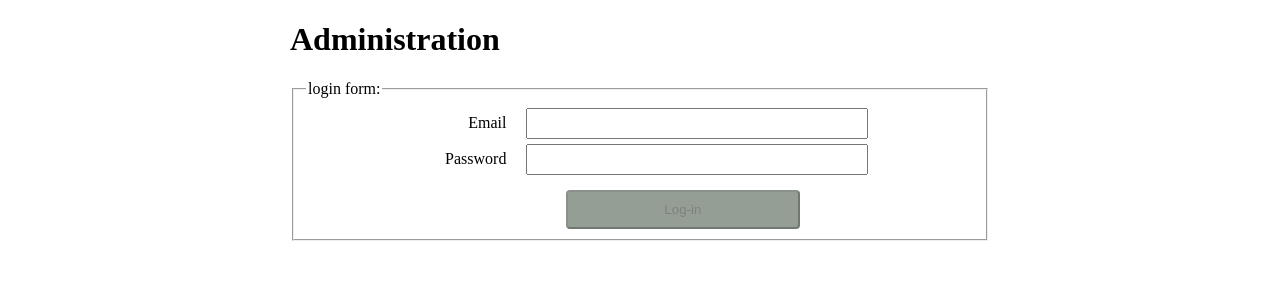
Repository: vsterev/tgs
Page: /admin/login (app in my-app/)
An editor plug-in stored every save of this project. The page is shown before and after the next save, followed by the edit.
The browser window is 1280 px wide. The pictures show the whole page.
The project was rebuilt for these pictures with package versions that can differ from the ones it lists, and the page was loaded fresh each time. Also part of the build but not shown: my-app/src/components/users/register/index.js, my-app/src/components/home.module.css, my-app/src/components/home.js, my-app/src/components/homeAuth/home.module.css, my-app/src/components/homeAuth/index.js, my-app/src/services/reps.js, my-app/src/components/reps/getAll/shared/hotels/index.jsx, my-app/src/components/reps/getAll/shared/searchRep/index.jsx and 21 more.

Above is the page before, as saved 2021-01-13 11:43:28.

### my-app/public/index.html
<!DOCTYPE html>
<html lang="en">
  <head>
    <meta charset="utf-8" />
    <link rel="icon" href="%PUBLIC_URL%/favicon.ico" />
    <meta name="viewport" content="width=device-width, initial-scale=1" />
    <meta name="theme-color" content="#000000" />
    <meta name="description" content="Web site created using create-react-app" />
    <link rel="apple-touch-icon" href="%PUBLIC_URL%/logo192.png" />
    <!--
      manifest.json provides metadata used when your web app is installed on a
      user's mobile device or desktop. See https://developers.google.com/web/fundamentals/web-app-manifest/
    -->
    <link rel="manifest" href="%PUBLIC_URL%/manifest.json" />
    <!--
      Notice the use of %PUBLIC_URL% in the tags above.
      It will be replaced with the URL of the `public` folder during the build.
      Only files inside the `public` folder can be referenced from the HTML.

      Unlike "/favicon.ico" or "favicon.ico", "%PUBLIC_URL%/favicon.ico" will
      work correctly both with client-side routing and a non-root public URL.
      Learn how to configure a non-root public URL by running `npm run build`.
    -->
    <link rel="stylesheet" href="https://fonts.googleapis.com/css?family=Roboto:300,400,500,700&display=swap" />
    <link rel="stylesheet" href="https://fonts.googleapis.com/icon?family=Material+Icons" />
    <title>React App</title>
  </head>
  <body>
    <noscript>You need to enable JavaScript to run this app.</noscript>
    <div id="root"></div>
    <!--
      This HTML file is a template.
      If you open it directly in the browser, you will see an empty page.

      You can add webfonts, meta tags, or analytics to this file.
      The build step will place the bundled scripts into the <body> tag.

      To begin the development, run `npm start` or `yarn start`.
      To create a production bundle, use `npm run build` or `yarn build`.
    -->
  </body>
</html>

### my-app/src/index.js
import React from 'react';
import ReactDOM from 'react-dom';
// import './index.css';
import * as serviceWorker from './serviceWorker';
import Auth from './utils/auth';
import Navigation from './navigation.jsx';

ReactDOM.render(
  <React.StrictMode>
    {
      <Auth>
        <Navigation />
      </Auth>
    }
  </React.StrictMode>,
  document.getElementById('root')
);

// If you want your app to work offline and load faster, you can change
// unregister() to register() below. Note this comes with some pitfalls.
// Learn more about service workers: https://bit.ly/CRA-PWA
serviceWorker.unregister();

### my-app/src/utils/auth.js
import React, { useState, useEffect } from 'react';
import AuthContext from './context';
import userService from '../services/users';
import parseCookie from './parseCookie';

const Auth = (props) => {
  const [user, setUser] = useState({ user: null });
  const [loggedIn, setLoggedIn] = useState(null);

  const logIn = (user) => {
    setLoggedIn(true);
    setUser(user);
  };

  const logOut = () => {
    document.cookie = 'tgs-token= ; expires = Thu, 01 Jan 1970 00:00:00 GMT; path=/admin';
    setLoggedIn(false);
    setUser({ user: null });
  };

  useEffect(() => {
    const token = parseCookie('tgs-token');
    if (!token) {
      //da se dobawi dali e expired i ako e da se logoutne
      logOut();
      return;
    }
    userService
      .verify(token)
      .then((res) => {
        // console.log(res);
        if (res.status) {
          logIn(res.userData);
          return;
        }
        console.log('tuk e');
        logOut();
        // return;
      })
      .catch((err) => console.log(err));
  }, []);

  if (loggedIn === null) {
    return <div>Loading ...</div>;
  }
  return <AuthContext.Provider value={{ loggedIn, user, logIn, logOut }}>{props.children}</AuthContext.Provider>;
};

export default Auth;

### my-app/src/navigation.jsx
import React, { useContext } from 'react';
import { Switch, BrowserRouter, Route, Redirect } from 'react-router-dom';
import Auth from './utils/auth';
import Login from './components/users/login';
import Register from './components/users/register';
import Home from './components/home';
import HomeAuth from './components/homeAuth';
import AuthContext from './utils/context';
import Logout from './components/users/logout';
import RepsAll from './components/reps/getAll';
import RepAddHotel from './components/reps/add-hotel';
import RepAdd from './components/reps/add-rep';
import EditRep from './components/reps/edit-rep';
import DepartureByDate from './components/contacts/departureByDate';
import HomeContacts from './components/contacts/home/index.jsx';
import ErrorPage from './components/core/error-page';
import PopupMessage from './components/contacts/shared/popup-message';
import ArrivalByDate from './components/contacts/arrivalByDate';
const Navigation = () => {
  const { loggedIn } = useContext(AuthContext);
  return (
    <BrowserRouter>
      <Switch>
        {/* <AuthContext> */}
        <Route path="/" exact render={!loggedIn ? () => <Home /> : () => <HomeAuth />} />
        <Route path="/admin/login" render={!loggedIn ? () => <Login /> : () => <RepsAll />} />
        <Route path="/admin/reps/all" render={loggedIn ? () => <RepsAll /> : () => <Login />} />
        <Route path="/admin/reps/add-hotel/:repId" render={loggedIn ? () => <RepAddHotel /> : () => <Login />} />
        <Route path="/admin/reps/add-rep" render={loggedIn ? () => <RepAdd /> : () => <Login />} />
        <Route path="/admin/reps/edit-rep/:repId" component={EditRep} />
        <Route
          path="/admin/bulk-sms/message-info/:messageId"
          render={loggedIn ? () => <PopupMessage /> : () => <Login />}
        />
        <Route path="/admin/register" component={Register} />
        <Route path="/admin/logout" component={Logout} />
        <Route path="/admin" exact render={!loggedIn ? () => <Home /> : () => <HomeAuth />} />
        <Route path="/admin/transfer/departure/:date" component={DepartureByDate} />
        <Route path="/admin/contacts/home/" render={loggedIn ? () => <HomeContacts /> : () => <Login />} />
        <Route path="/admin/contacts/departure/" render={loggedIn ? () => <HomeContacts /> : () => <Login />} />
        <Route path="/admin/contacts/arrival" render={loggedIn ? () => <ArrivalByDate /> : () => <Login />} />
        <Route path="*" render={() => <ErrorPage msg="Page not Found - 404" />} />

        {/* </AuthContext> */}
      </Switch>
    </BrowserRouter>
  );
};
export default Navigation;

### my-app/src/utils/context.jsx
import React from 'react'
const AuthenticationContext = React.createContext({
    loggedIn: false,
    user: null,
    logIn: () => {},
    logOut: () => {}
})
export default AuthenticationContext

### my-app/src/services/users.js
const usersService = {
  login: (data) => {
    return fetch('http://localhost:4000/user/login', {
      body: JSON.stringify(data),
      method: 'POST',
      headers: { 'Content-type': 'application/json' },
    })
      .then((res) => res.json())
      .catch((e) => console.error(e));
  },
  register: (data) => {
    return fetch('http://localhost:4000/user/register', {
      body: JSON.stringify(data),
      method: 'POST',
      headers: { 'Content-type': 'application/json' },
    })
      .then((res) => res.json())
      .catch((e) => console.error(e));
  },
  verify: (token) => {
    return fetch('http://localhost:4000/user/verify', {
      //   body: JSON.stringify(data),
      method: 'GET',
      headers: { 'Content-type': 'application/json', Authorization: token },
    })
      .then((res) => res.json())
      .catch((e) => console.error(e));
  },
};
export default usersService;

### my-app/src/utils/parseCookie.js
const parseCookie = (cookieName) => {
    const allCookies = document.cookie.split('; ').reduce((acc, cookie) => {
        const [cookieName, cookieValue] = cookie.split('=')
        acc[cookieName] = cookieValue
        return acc
    }, {})
    return allCookies[cookieName]
}
export default parseCookie

### my-app/src/components/users/login/index.jsx
import React, { useState, useContext } from 'react';
import { useHistory } from 'react-router-dom';
import usersServcie from '../../../services/users';
import AuthContext from '../../../utils/context';
import style from './user.module.css';
const Login = () => {
  const [email, setEmail] = useState('');
  const [password, setPassword] = useState('');
  const [errorMessage, setErrorMassage] = useState('');
  const history = useHistory();
  const { logIn } = useContext(AuthContext);
  function submitHandler(e) {
    e.preventDefault();
    usersServcie.login({ email, password }).then((data) => {
      if (!data.status) {
        // setErrorMassage('Unsuccessful login - user not exists or password incorrect !');
        setErrorMassage(data.msg);
        return;
      }
      const { token } = data;
      if (token) {
        document.cookie = `tgs-token=${token}; path=/admin`;
      }
      if (!!data.userData) {
        logIn(data.userData);
        history.push('/admin');
      } else {
        setErrorMassage(`Unsuccessful login - user not exists or password incorrect !`);
      }
    });
  }
  const isEnabled = email.length > 0 && password.length > 0;
  return (
    <React.Fragment>
      <div className={style.login}>
        <h1>Administration</h1>
        <fieldset>
          <legend>login form:</legend>
          <form className={style} onSubmit={submitHandler}>
            <label htmlFor="email">Email</label>
            <input type="text" id="email" value={email} onChange={(e) => setEmail(e.target.value)} />
            <label htmlFor="password">Password</label>
            <input type="password" id="password" value={password} onChange={(e) => setPassword(e.target.value)} />
            <button type="submit" disabled={!isEnabled}>
              Log-in
            </button>
            {!!errorMessage && <div>{errorMessage}</div>}
          </form>
        </fieldset>
      </div>
    </React.Fragment>
  );
};
export default Login;

### my-app/src/components/users/logout/index.jsx
import React, { useContext, useEffect } from 'react';
import AuthContext from '../../../utils/context';
import { useHistory } from 'react-router-dom';
const Logout = () => {
  const { logOut } = useContext(AuthContext);
  const history = useHistory();
  useEffect(() => {
    logOut();
    history.push('/admin/login');
  }, []);
  return null;
};
export default Logout;

### my-app/src/components/users/login/user.module.css
div.login {
  /* display: block; */
  width: 700px;
  margin: 20px auto;
}
/* form {
  display: inline-block;
  margin: 40px auto;
} */
input,
label {
  display: inline-block;
  height: 25px;
  /* text-align: left; */
  margin-top: 5px;
  text-align: center;
}
input {
  width: 50%;
}
label {
  width: 30%;
  text-align: right;
  margin-right: 20px;
}
button {
  /* display: inline-block; */
  position: relative;
  left: 260px;
  background: rgb(54, 187, 54);
  border-radius: 4px;
  padding: 10px 20px;
  color: white;
  margin-top: 15px;
  width: 35%;
  text-align: center;
}
button:hover {
  cursor: pointer;
  background: rgb(110, 233, 110);
  color: black;
}
button:disabled {
  background: rgb(148, 158, 148);
  color: grey;
  cursor: auto;
}

Loaded but not shown: my-app/src/serviceWorker.js (common file); my-app/src/components/core/error-page/error-page.module.css (no stored copy; drawn as an empty file)

After the next save:
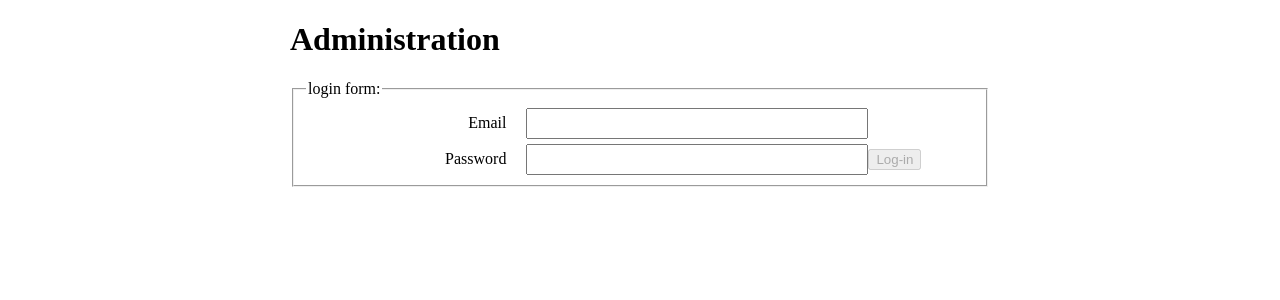
Saved 14 min 18 s later.
--- a/my-app/src/components/users/login/user.module.css
+++ b/my-app/src/components/users/login/user.module.css
@@ -23,8 +23,7 @@ label {
   text-align: right;
   margin-right: 20px;
 }
-button {
-  /* display: inline-block; */
+/* button {
   position: relative;
   left: 260px;
   background: rgb(54, 187, 54);
@@ -44,4 +43,4 @@ button:disabled {
   background: rgb(148, 158, 148);
   color: grey;
   cursor: auto;
-}
+} */
